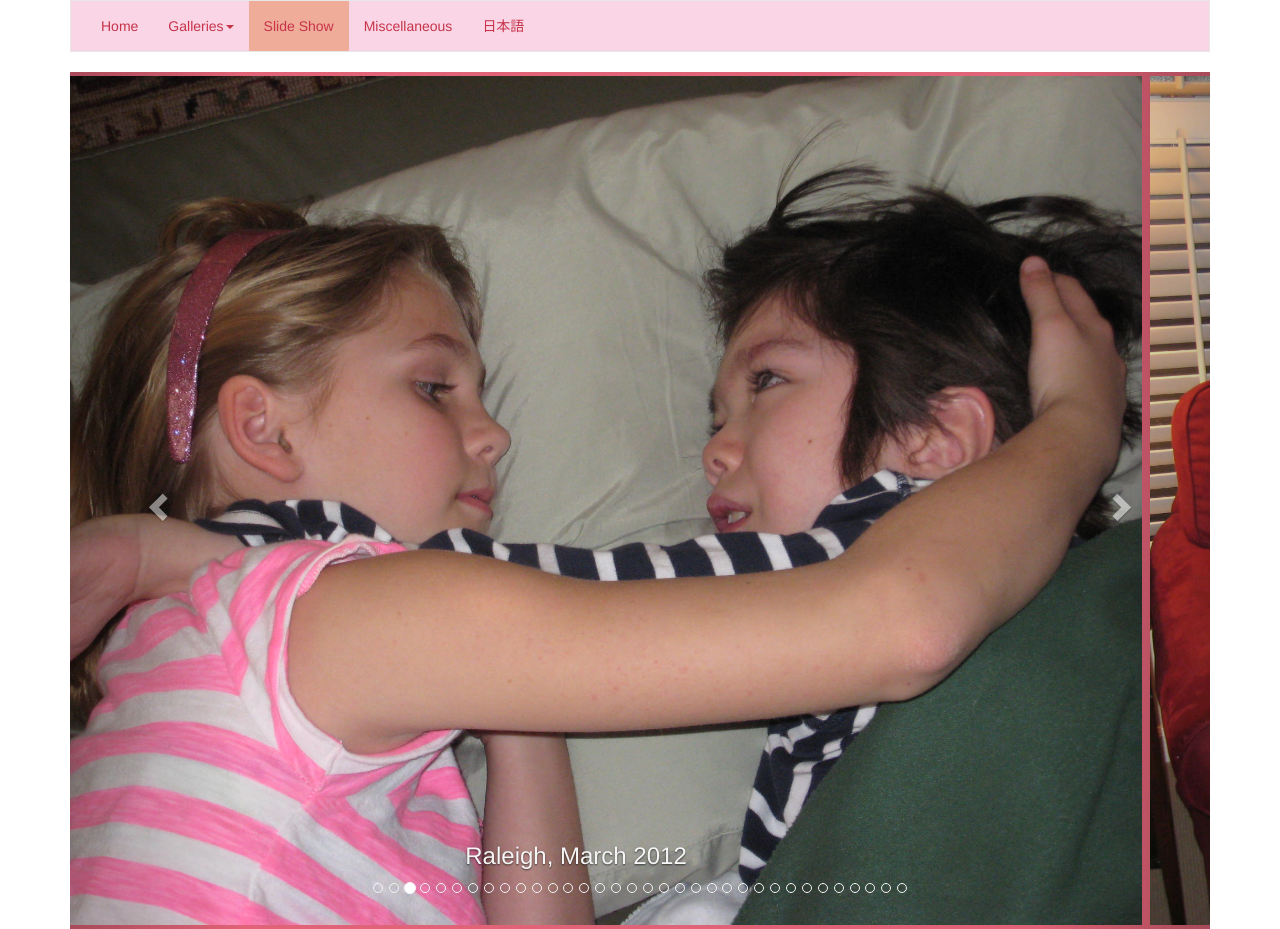
Repository: George2916/Sarah-Jane-and-Laurel-Marie
Page: slideshow.html
The author's editor kept a record of every edit. The page is drawn from the files as they stood at one moment, then again after the next edit.
The browser window is 1280 px wide. The pictures show the whole page.

Above is the page before.
Console error: TypeError: Cannot read properties of null (reading 'style')

### slideshow.html
<!DOCTYPE html>
<html>
<head>

    <meta charset="utf-8">
    <meta http-equiv="X-UA-Compatible" content="IE-edge">
    <meta name="viewport" content="width=device-width, initial-scale=1">
    <!--[if lt IE 9]
<script src="https://oss.maxcdn.com/html5shiv/3.7.2/html5shiv.min.js"></script>
<script src="https://oss.maxcdn.com/respond/1.4.2/respond.min.js"></script>
<![endif]-->

  <title></title>

    <link rel="stylesheet" type="text/css" href="css/bootstrap.css">
    <link rel="stylesheet" type="text/css" href="css/mystyle.css">
    <link href="https://fonts.googleapis.com/css?family=Permanent+Marker" rel="stylesheet">


</head>

<body>

<div class="container">

   <!--collapsing nav bar-->

    <nav class="navbar navbar-default">

    <div class="navbar-header">
            <button type="button" class="navbar-toggle" data-toggle="collapse" data-target="#myNavbar"><span class="glyphicon glyphicon-menu-hamburger"></span></button>
    </div>

    <div class="collapse navbar-collapse" id="myNavbar">
        <ul class="nav navbar-nav">
            <li class="DDDD"><a class="home" href="index.html">Home</a></li>
            <li class="dropdown DDDD"><a class="active dropdown-toggle gallery-0" data-toggle="dropdown" href="#">Galleries<span class="caret"></span></a>
                <ul class="dropdown-menu">
                    <li><a class="gallery-1" href="gallery1.html">Gallery - Jan. 2001 / Feb. 2004</a></li>
                    <li><a class="gallery-2" href="gallery2.html">Gallery - Feb. 2004 / Dec. 2006</a></li>
                    <li><a class="gallery3" href="gallery3.html">Gallery - June 2007 / Nov. 2008</a></li>
                    <li><a class="gallery4" href="gallery4.html">Gallery - Nov. 2008 / Sept. 2009</a></li>
                    <li><a href="gallery5.html">Gallery 5 - Dec. 2009 / Mar. 2012</a></li>
                </ul>
            </li>
            <li class="active non-drop DDDD"><a class="slideshow" href="slideshow.html">Slide Show</a></li>
            <li class="DDDD"><a class="misc" href="misc.html">Miscellaneous</a></li>
            <li class="DDDD"><a class="lang1" href="slideshow-jap.html">日本語</a></li>
        </ul>

    </div>  <!-- closes .navbar-collapse -->

    </nav>


    <div id="slideshow-background">

   <div id="myCarousel" class="carousel slide" data-ride="carousel">
  <!-- Indicators -->
  <ol class="carousel-indicators">
    <li data-target="#myCarousel" data-slide-to="0" class="active"></li>
    <li data-target="#myCarousel" data-slide-to="1"></li>
    <li data-target="#myCarousel" data-slide-to="2"></li>
    <li data-target="#myCarousel" data-slide-to="3"></li>
    <li data-target="#myCarousel" data-slide-to="4"></li>
    <li data-target="#myCarousel" data-slide-to="5"></li>
    <li data-target="#myCarousel" data-slide-to="6"></li>
    <li data-target="#myCarousel" data-slide-to="7"></li>
    <li data-target="#myCarousel" data-slide-to="8"></li>
    <li data-target="#myCarousel" data-slide-to="9"></li>
    <li data-target="#myCarousel" data-slide-to="10"></li>
    <li data-target="#myCarousel" data-slide-to="11"></li>
    <li data-target="#myCarousel" data-slide-to="12"></li>
    <li data-target="#myCarousel" data-slide-to="13"></li>
    <li data-target="#myCarousel" data-slide-to="14"></li>
    <li data-target="#myCarousel" data-slide-to="15"></li>
    <li data-target="#myCarousel" data-slide-to="16"></li>
    <li data-target="#myCarousel" data-slide-to="17"></li>
    <li data-target="#myCarousel" data-slide-to="18"></li>
    <li data-target="#myCarousel" data-slide-to="19"></li>
    <li data-target="#myCarousel" data-slide-to="20"></li>
    <li data-target="#myCarousel" data-slide-to="21"></li>
    <li data-target="#myCarousel" data-slide-to="22"></li>
    <li data-target="#myCarousel" data-slide-to="23"></li>
    <li data-target="#myCarousel" data-slide-to="24"></li>
    <li data-target="#myCarousel" data-slide-to="25"></li>
    <li data-target="#myCarousel" data-slide-to="26"></li>
    <li data-target="#myCarousel" data-slide-to="27"></li>
    <li data-target="#myCarousel" data-slide-to="28"></li>
    <li data-target="#myCarousel" data-slide-to="29"></li>
    <li data-target="#myCarousel" data-slide-to="30"></li>
    <li data-target="#myCarousel" data-slide-to="31"></li>
    <li data-target="#myCarousel" data-slide-to="32"></li>
    <li data-target="#myCarousel" data-slide-to="33"></li>
  </ol>

  <!-- wrapper for slides -->
  <div class="carousel-inner" role="listbox">

  <div class="item">
      <img src="images/2012march6.JPG" alt="Picture of G and SJ in Raleigh">
      <div class="carousel-caption">
        <h3>Raleigh, March 2012</h3>
      </div>
    </div>

    <div class="item active">
      <img src="images/2012march7.JPG" alt="Picture of G and LM in Raleigh">
      <div class="carousel-caption">
        <h3>Raleigh, March 2012</h3>
      </div>
    </div>

    <div class="item">
      <img src="images/2012march8A.JPG" alt="Picture of AS, UG, G, J, SJ and LM in Raleigh">
      <div class="carousel-caption">
        <h3>Raleigh, March 2012</h3>
      </div>
    </div>

    <div class="item">
      <img src="images/2012march11.JPG" alt="Picture of G, Grandpa and SJ in Raleigh">
      <div class="carousel-caption">
        <h3>Raleigh, March 2012</h3>
      </div>
    </div>

    <div class="item">
      <img src="images/2012march13.JPG" alt="Picture of G, SJ and LM">
      <div class="carousel-caption">
        <h3>Raleigh, March 2012</h3>
       </div>
    </div>

    <div class="item">
      <img src="images/2012march14.JPG" alt="Picture of tattoo on SJ's shoulder">
      <div class="carousel-caption">
        <h3>Raleigh, March 2012</h3>
        <h4>The work of art on SJ's shoulder is provided courtesy of SJ's moles (the eyes) and Aunt Sunghee's handiwork (the eyebrows, nose and mouth).</h4>
      </div>
    </div>

    <div class="item">
      <img src="images/2012march15.JPG" alt="Picture of SJ and LM in recording studio">
      <div class="carousel-caption">
        <h3>Raleigh, March 2012</h3>
        <h4>Recording "For He's a Jolly Good Fellow."</h4>
      </div>
    </div>

    <div class="item">
      <img class="BBBB" src="images/2012march18.JPG" alt="Picture of G, SJ and LM in Raleigh">
      <div class="carousel-caption">
        <h3>Raleigh, March 2012</h3>
      </div>
    </div>

    <div class="item">
      <img src="images/2013sept2.JPG" alt="Picture of G, SJ and LM">
      <div class="carousel-caption">
        <h3>Alexandria VA, September 2013</h3>
      </div>
    </div>

    <div class="item">
      <img src="images/2013sept8.JPG" alt="Picture of AS, UG, G, SJ and LM">
      <div class="carousel-caption">
        <h3>Alexandria VA, September 2013</h3>
        <h4>Celebrating Aunt Sunghee's birthday.</h4>
      </div>
    </div>

    <div class="item">
      <img class="BBBB" src="images/2013sept16A.JPG" alt="Picture of AS, UG, SJ and LM">
      <div class="carousel-caption">
        <h3>Alexandria, VA, September 2013</h3>
      </div>
    </div>

    <div class="item">
      <img src="images/2013sept14.JPG" alt="Picture of AS, J, SJ and LM">
      <div class="carousel-caption">
        <h3>Mount Vernon, September 2013</h3>
      </div>
    </div>

    <div class="item">
      <img class="BBBB" src="images/2014june1(2).JPG" alt="Picture of UG and LM">
      <div class="carousel-caption">
        <h3>Coney Island, June 2014</h3>
        <h4>Being lifted by the chin strengthens the jaw muscles.</h4>
      </div>
    </div>

      <div class="item">
      <img src="images/2014june2(2).JPG" alt="Picture of UG and SJ">
      <div class="carousel-caption">
        <h3>Coney Island, June 2014</h3>
        <h4>Being lifted by the chin also builds character.</h4>
      </div>
    </div>

      <div class="item">
      <img class="BBBB" src="images/2014june14.JPG" alt="Picture of UG, J, SJ and LM at Coney Island">
      <div class="carousel-caption">
        <h3>Coney Island, June 2014</h3>
      </div>
    </div>

      <div class="item">
      <img class="center-block" src="images/2014june4.JPG" alt="Picture of SJ, LM and second cousins Matthew and Michael">
      <div class="carousel-caption">
        <h3>NYC, June 2014</h3>
        <h4>Second cousins Matthew and Michael.</h4>
      </div>
    </div>

    <div class="item">
      <img src="images/2014june12.JPG" alt="Picture of G and LM">
      <div class="carousel-caption">
        <h3>NYC, June 2014</h3>
      </div>
    </div>

    <div class="item">
      <img src="images/2014june15.JPG" alt="Picture in Economy Candy">
      <div class="carousel-caption">
        <h3>Economy Candy, Lower East Side, June 2014</h3>
      </div>
    </div>

    <div class="item">
      <img src="images/2015june3.JPG" alt="Picture of AS, G, J, SJ and LM">
      <div class="carousel-caption">
        <h3>NYC, June 2015</h3>
        <h4>Keeping it real - avoiding the fake smiles.  Compare and contrast with the Cary, December 2016 pictures.</h4>
      </div>
    </div>

    <div class="item">
      <img src="images/2015june5.JPG" alt="Picture of AS and SJ">
      <div class="carousel-caption">
        <h3>NYC, June 2015</h3>
      </div>
    </div>

    <div class="item">
      <img class="BBBB" src="images/2015june6(2).JPG" alt="Picture of G, SJ and LM in NYC">
      <div class="carousel-caption">
        <h3>NYC, June 2015</h3>
      </div>
    </div>

    <div class="item">
      <img src="images/2016dec3.JPG" alt="Picture of AS, SJ, LM, Ken and Colin">
      <div class="carousel-caption">
        <h3>Cary, December 2016</h3>
      </div>
    </div>

    <div class="item">
      <img src="images/2016dec7.JPG" alt="Group picture">
      <div class="carousel-caption">
        <h3>Cary, December 2016</h3>
      </div>
    </div>

    <div class="item">
      <img src="images/2017dec1.JPG" alt="Group picture">
      <div class="carousel-caption">
        <h3>Cary, December 2017</h3>
      </div>
    </div>

    <div class="item">
      <img src="images/2017dec2.JPG" alt="Group picture">
      <div class="carousel-caption">
        <h3>Cary, December 2017</h3>
      </div>
    </div>

    <div class="item">
      <img src="images/2018may1.JPG" alt="Group picture">
      <div class="carousel-caption">
        <h3>Cary, May 2018</h3>
        <h4>Grandfather George's 80th birthday.</h4>
      </div>
    </div>

    <div class="item imageRotate1">
      <img src="images/2019feb2.JPG" alt="Group picture">
      <div class="carousel-caption">
        <h3>Cary, February 2019</h3>
        <h4>Grandmother Marie's 80th birthday.</h4>
      </div>
    </div>

    <div class="item">
      <img src="images/2019may1.JPG" alt="Group picture">
      <div class="carousel-caption">
        <h3>Iselin, NJ, May 2019</h3>
      </div>
    </div>

    <div class="item imageRotate1">
      <img src="images/2019june2.JPG" alt="Picture of SJ, LM  and UG">
      <div class="carousel-caption">
        <h3>Cary, June 2019</h3>
        <h4>SJ's high school graduation.</h4>
      </div>
    </div>

    <div class="item imageRotate1">
      <img src="images/2021july.jpg" alt="Picture of LM and UG">
      <div class="carousel-caption">
        <h3>Cary, July 2021</h3>
        <h4>Just a girl . . . .<br>Towering over her 6'2<sup>3</sup>&frasl;<sub>4</sub>" tall uncle . . . .</h4>
      </div>
    </div>

    <div class="item imageRotate1">
      <img src="images/2022may.jpg" alt="Picture of SJ nd UG">
      <div class="carousel-caption">
        <h3>Raleigh, May 2022</h3>
        <h4>SJ's college graduation.</h4>
      </div>
    </div>

    <div class="item">
      <img src="images/2023feb.jpg" alt="Picture of group in Cary">
      <div class="carousel-caption">
        <h3>Cary, February 2023</h3>
        <h4>Uncle Ken's birthday party.</h4>
      </div>
    </div>

    <div class="item">
      <img src="images/2023aug.jpg" alt="Picture of LM, UG and AS at Wake Forest">
      <div class="carousel-caption">
        <h3>Wake Forest University, August 2023</h3>
      </div>
    </div>

    <div class="item">
      <img src="images/2023oct.jpg" alt="Picture of SJ and UG in Manhattan">
      <div class="carousel-caption">
        <h3>Manhattan, October 2023</h3>
      </div>
    </div>

    </div> <!-- closes .carousel-inner -->

  <!-- left and right controls -->
  <a class="left carousel-control" href="#myCarousel" role="button" data-slide="prev">
    <span class="glyphicon glyphicon-chevron-left" aria-hidden="true"></span>
    <span class="sr-only">Previous</span>
  </a>
  <a class="right carousel-control" href="#myCarousel" role="button" data-slide="next">
    <span class="glyphicon glyphicon-chevron-right" aria-hidden="true"></span>
    <span class="sr-only">Next</span>
  </a>

</div> <!-- closes #myCarousel -->

</div> <!-- closes #slideshow-background -->

</div> <!-- closes .container -->


<script src="js/jquery-3.2.0.js"></script>
<script src="js/bootstrap.js"></script>
<script src="js/myjquery.js"></script>

</body>
</html>

Loaded but not shown: css/bootstrap.css (library); js/jquery-3.2.0.js (library); js/bootstrap.js (library); js/myjquery.js (library); css/mystyle.css (1012 lines, source omitted)

After the next edit:
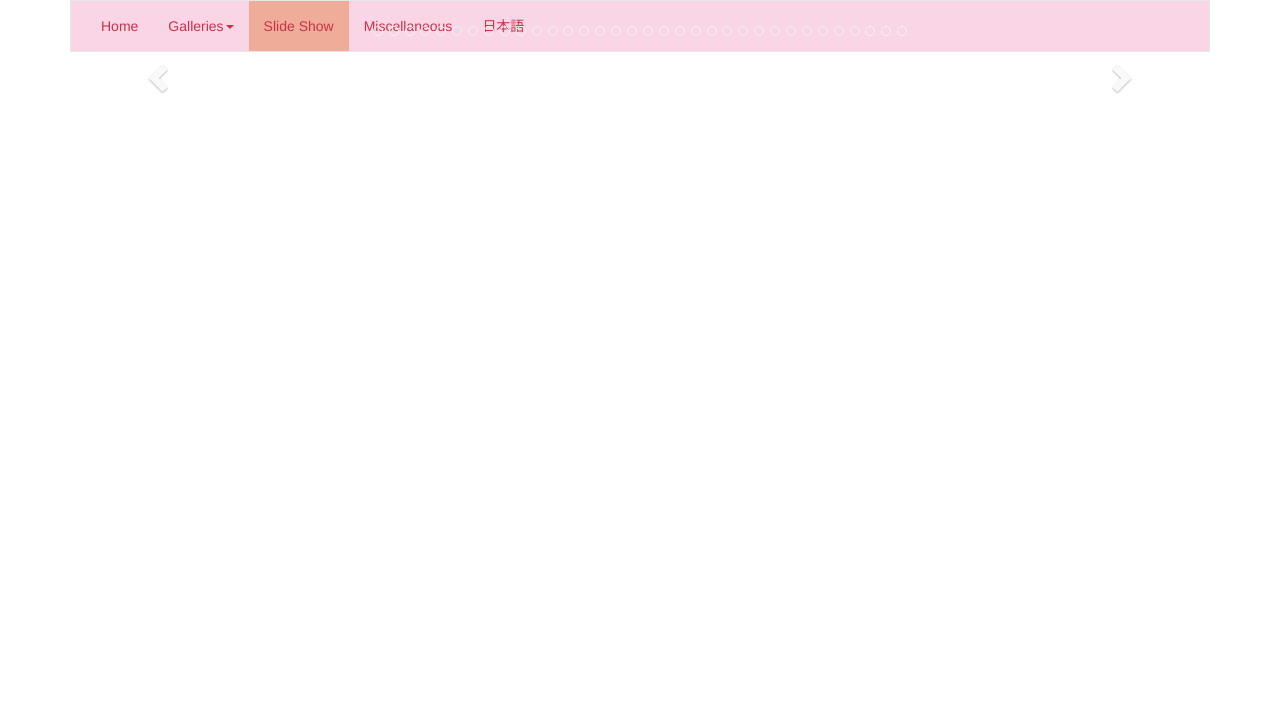
The edit:
--- a/slideshow.html
+++ b/slideshow.html
@@ -104,7 +104,7 @@
       </div>
     </div>
 
-    <div class="item active">
+    <div class="item ">
       <img src="images/2012march7.JPG" alt="Picture of G and LM in Raleigh">
       <div class="carousel-caption">
         <h3>Raleigh, March 2012</h3>

After the edit that followed:
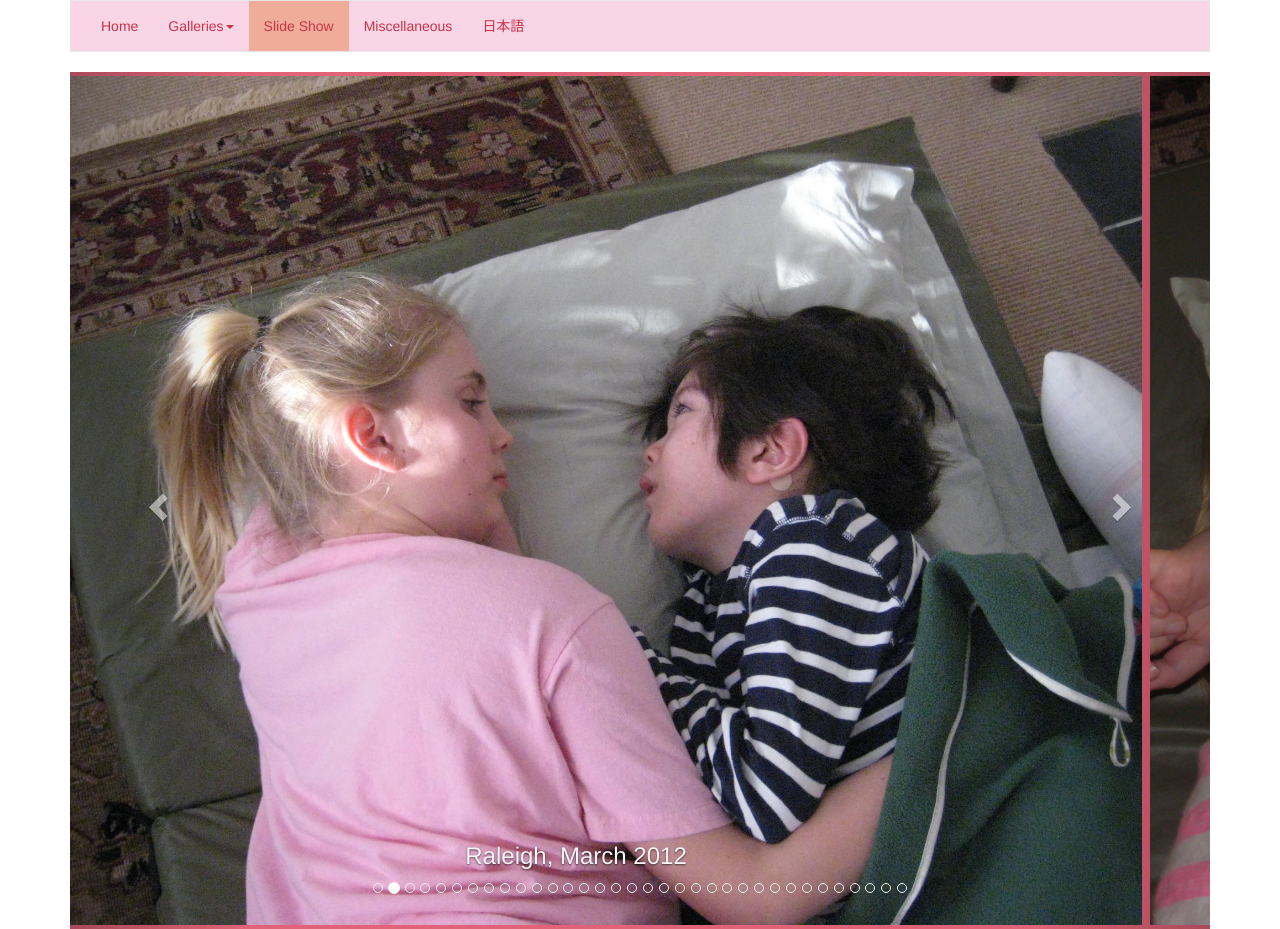
The edit:
--- a/slideshow.html
+++ b/slideshow.html
@@ -97,7 +97,7 @@
   <!-- wrapper for slides -->
   <div class="carousel-inner" role="listbox">
 
-  <div class="item">
+  <div class="item active">
       <img src="images/2012march6.JPG" alt="Picture of G and SJ in Raleigh">
       <div class="carousel-caption">
         <h3>Raleigh, March 2012</h3>
